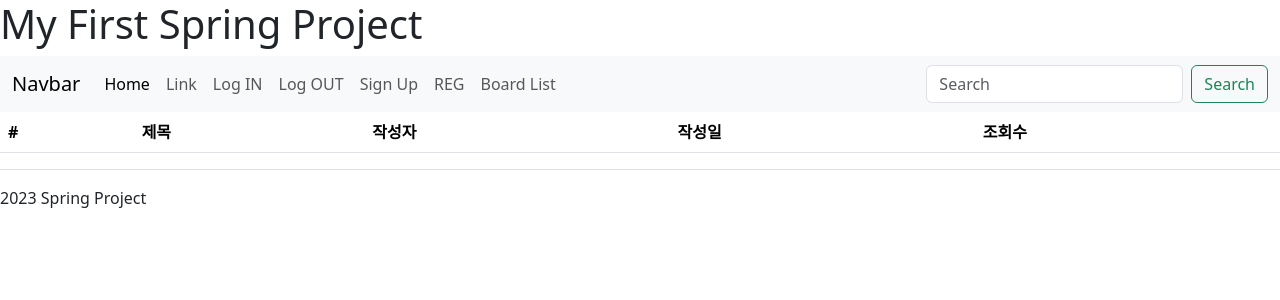
Repository: gatsby5959/_springTest
Page: http://localhost/spring-Test/WEB-INF/views/board/detail.jsp
The author's editor kept a copy of each file at every save. The page is drawn from the files as they stood at one save, then again after the next save.
The browser window is 1280 px wide. The pictures show the whole page.
The page is served by Tomcat 9. Nobody is signed in. The template is opened directly, without the code that normally fills it, so the values that code supplies are empty.

Above is the page before, as saved 2023-10-05 09:18:31.

After the next save:
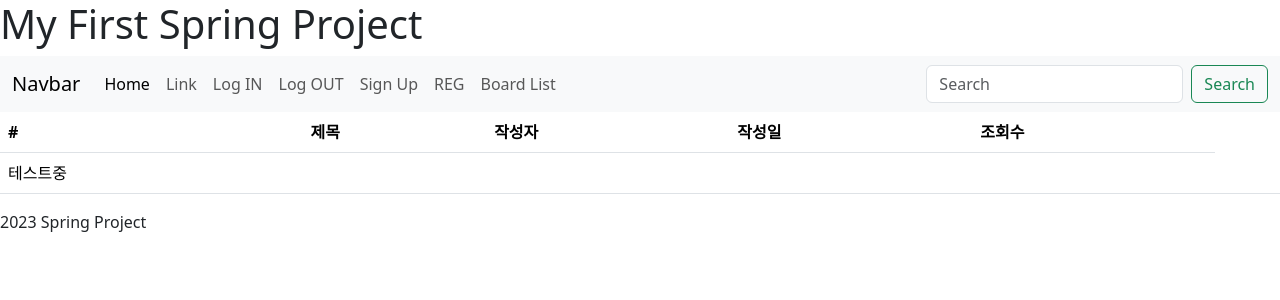
Saved 41 s later.
--- a/spring-Test/src/main/webapp/WEB-INF/views/board/detail.jsp
+++ b/spring-Test/src/main/webapp/WEB-INF/views/board/detail.jsp
@@ -26,6 +26,7 @@
 <tbody>
 
 	<tr>
+		<td>테스트중</td>
 		<td>${bno }</td>
 		<td>${title }</a></td>
 		<td>${writer }</td>
